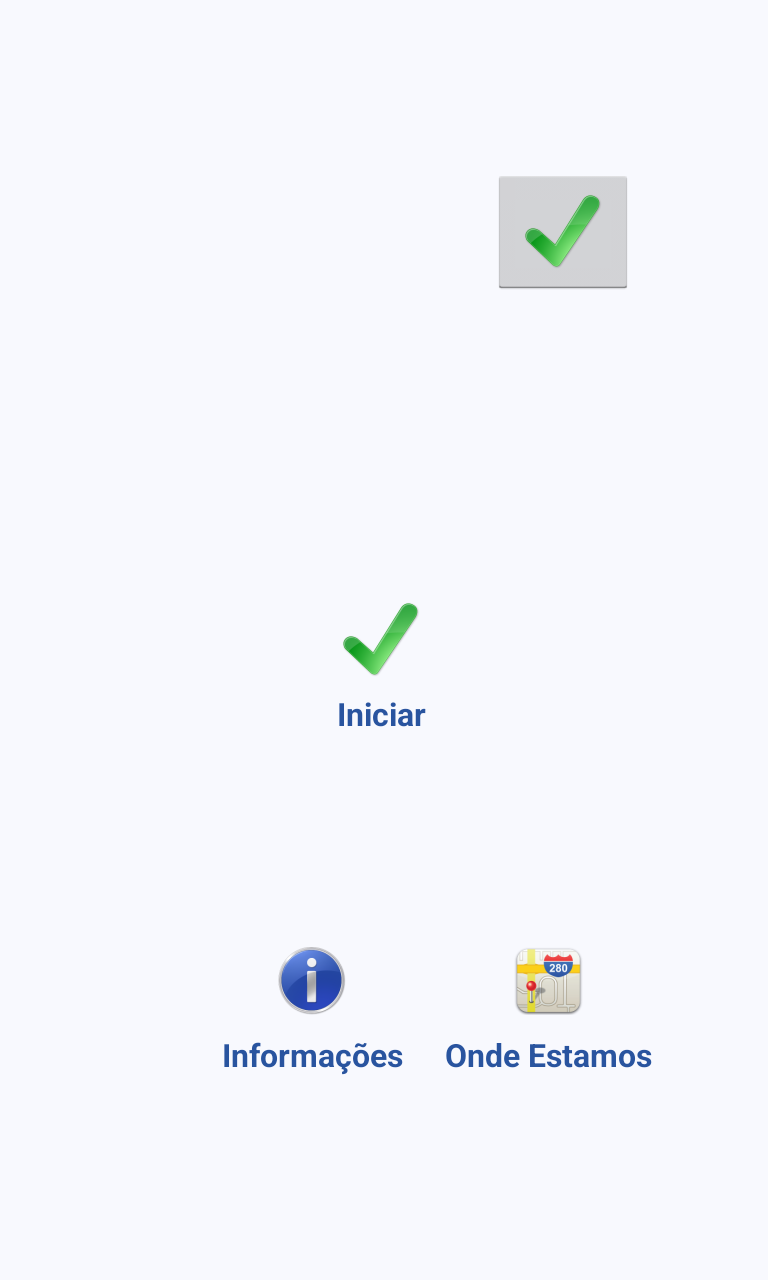
Repository: lmqs/ProjetoAndroid
Layout: TopicosProjeto/res/layout/activity_questoes.xml
The author's editor kept a copy of each file at every save. The layout is drawn from the files as they stood at one save, then again after the next save.
It is drawn on a 768 x 1280 px phone screen (xhdpi) without system bars, with theme AppTheme; the app's code is not run.

Above is the layout before, as saved 2014-04-27 15:05:54.

After the next save:
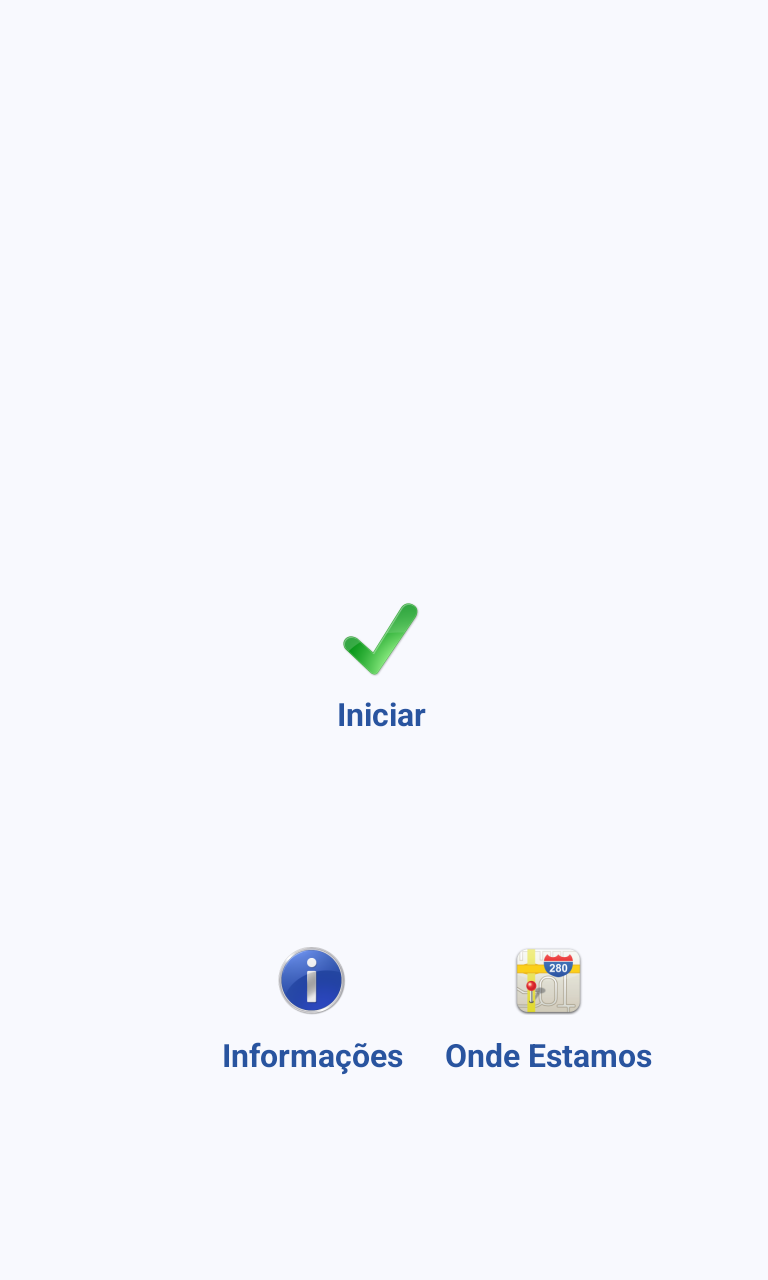
Saved 5 s later.
--- a/TopicosProjeto/res/layout/activity_questoes.xml
+++ b/TopicosProjeto/res/layout/activity_questoes.xml
@@ -47,14 +47,6 @@
         android:drawableTop="@drawable/iniciar"
         android:text="Iniciar" />
 
-    <ImageButton
-        android:id="@+id/imageButton1"
-        android:layout_width="wrap_content"
-        android:layout_height="wrap_content"
-        android:layout_alignLeft="@+id/button1"
-        android:layout_alignParentTop="true"
-        android:layout_marginLeft="23dp"
-        android:layout_marginTop="68dp"
-        android:src="@drawable/iniciar" />
+
 
 </RelativeLayout>
